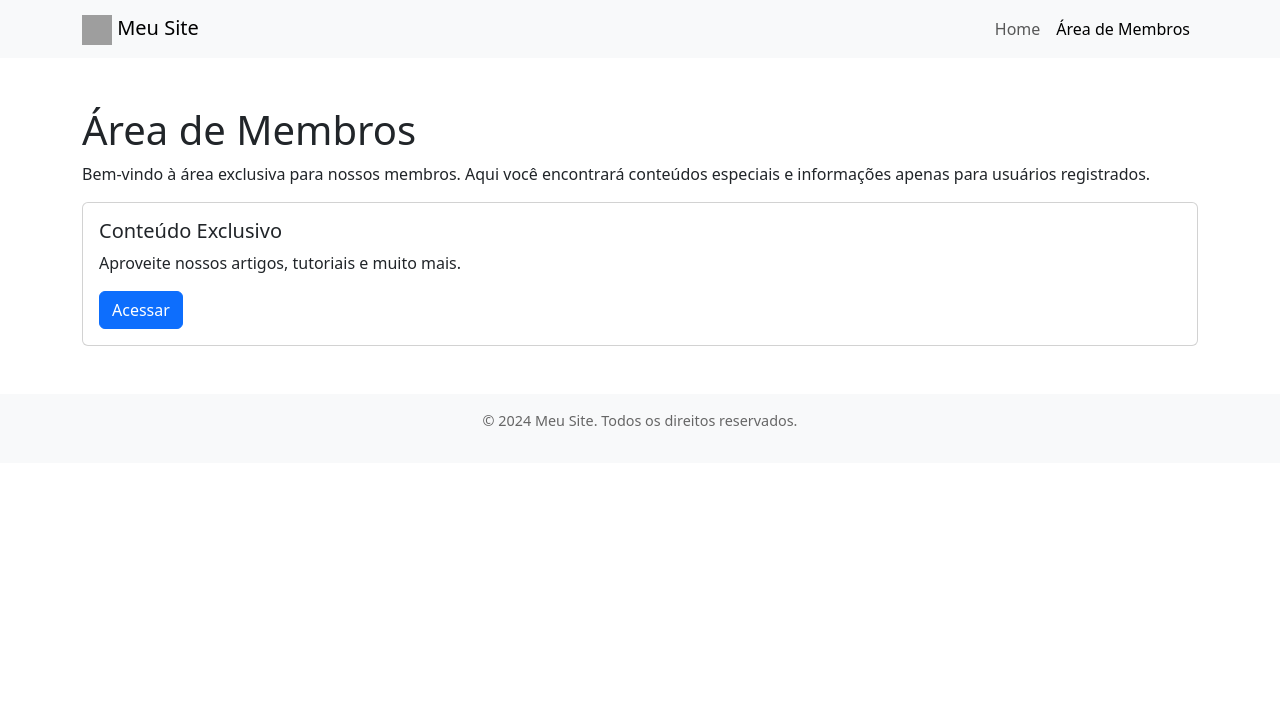
Repository: br-on/projeto-escolinhav3
Page: http://localhost/membros
These files come from the project's save history. The page is drawn as it stood at one moment and after the next save; the edit follows.
The browser window is 1280 px wide. The pictures show the whole page.
Pictures or frames that could not be fetched are drawn as grey boxes. The page is served by the project's application, run on Flask 3 (main.py).

Above is the page before, as saved 2024-11-15 10:15:02.

### templates/membros.html
<!DOCTYPE html>
<html lang="pt-br">
<head>
    <meta charset="UTF-8">
    <meta name="viewport" content="width=device-width, initial-scale=1.0">
    <title>Área de Membros - Meu Site</title>
    <link href="https://cdn.jsdelivr.net/npm/bootstrap@5.3.0/dist/css/bootstrap.min.css" rel="stylesheet">
    <!-- Link para o CSS personalizado com url_for -->
    <link rel="stylesheet" href="{{ url_for('static', filename='css/style.css') }}">
</head>
<body>

    <!-- Navbar -->
    <nav class="navbar navbar-expand-lg navbar-light bg-light">
        <div class="container">
            <a class="navbar-brand" href="{{ url_for('views.index') }}">
                <!-- Link para o logo com url_for -->
                <img src="{{ url_for('static', filename='img/logo.png') }}" alt="Logo" width="30" height="30">
                Meu Site
            </a>
            <button class="navbar-toggler" type="button" data-bs-toggle="collapse" data-bs-target="#navbarNav">
                <span class="navbar-toggler-icon"></span>
            </button>
            <div class="collapse navbar-collapse" id="navbarNav">
                <ul class="navbar-nav ms-auto">
                    <li class="nav-item"><a class="nav-link" href="{{ url_for('views.index') }}">Home</a></li>
                    <li class="nav-item"><a class="nav-link active" href="{{ url_for('views.membros') }}">Área de Membros</a></li>
                </ul>
            </div>
        </div>
    </nav>

    <!-- Conteúdo da Área de Membros -->
    <main class="container my-5">
        <h1>Área de Membros</h1>
        <p>Bem-vindo à área exclusiva para nossos membros. Aqui você encontrará conteúdos especiais e informações apenas para usuários registrados.</p>

        <div class="card my-3">
            <div class="card-body">
                <h5 class="card-title">Conteúdo Exclusivo</h5>
                <p class="card-text">Aproveite nossos artigos, tutoriais e muito mais.</p>
                <a href="#" class="btn btn-primary">Acessar</a>
            </div>
        </div>
    </main>

    <!-- Footer -->
    <footer class="bg-light text-center py-3">
        <p>&copy; 2024 Meu Site. Todos os direitos reservados.</p>
    </footer>

    <script src="https://cdn.jsdelivr.net/npm/bootstrap@5.3.0/dist/js/bootstrap.bundle.min.js"></script>
</body>
</html>

### views.py
# views.py
from flask import Blueprint, render_template

# Cria um Blueprint para as views
views = Blueprint('views', __name__)

@views.route('/')
def index():
    return render_template('index.html')

@views.route('/membros')
def membros():
    return render_template('membros.html')

@views.route('/pagamentos')
def pagamentos():
    return render_template('pagamentos.html')

### main.py
# app.py
from flask import Flask
from views import views  # Importa o Blueprint

app = Flask(__name__)

# Registra o Blueprint das views
app.register_blueprint(views)

if __name__ == '__main__':
    app.run(debug=True)

### static/css/style.css
/* Estilos customizados */


header {
    background-image: url('../img/banner.jpg');
    background-size: cover;
    color: white;
}

footer {
    font-size: 0.9em;
    color: #666;
}

.bg-primary {
    background-color: #18133c !important; /* Cor de fundo substituída */
}

.text-white {
    color: #d8561f !important; /* Cor de texto substituída */
}

.topo-img{
    display: flex;
    width: 100%;
    justify-content: center;
    padding: 5px;
}

After the next save:
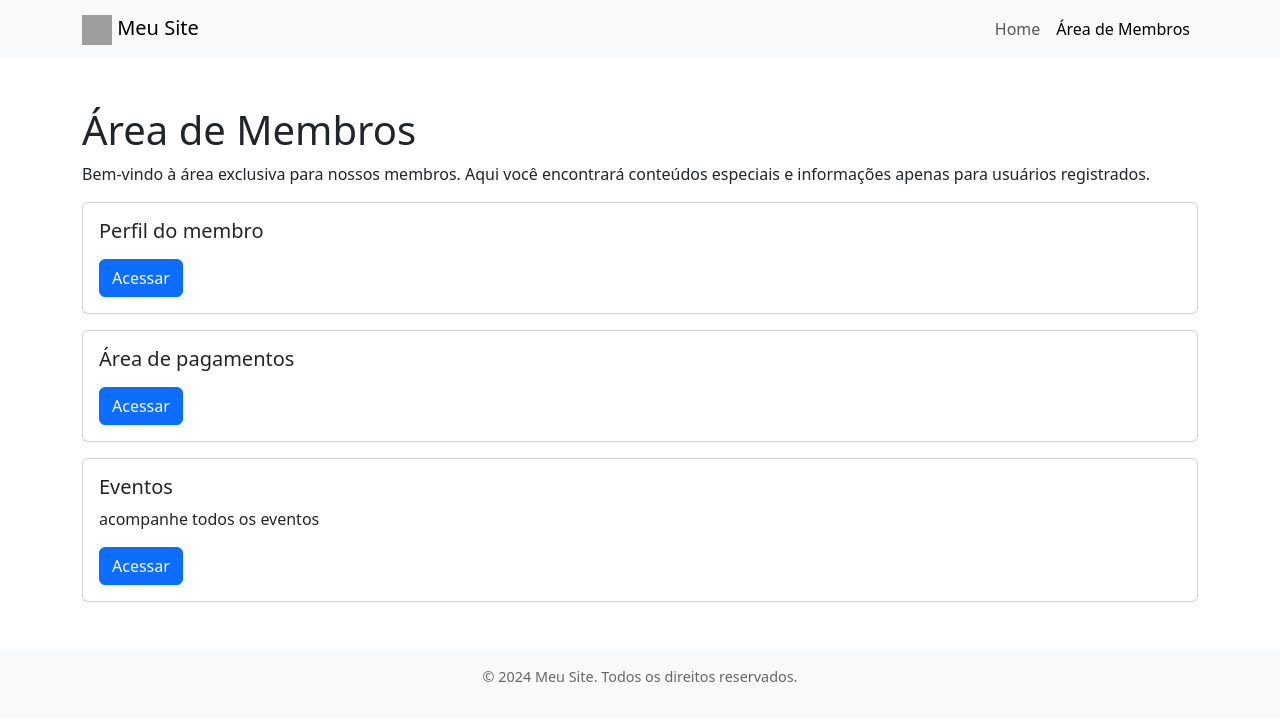
Saved 3 min 59 s later.
--- a/templates/membros.html
+++ b/templates/membros.html
@@ -37,8 +37,22 @@
 
         <div class="card my-3">
             <div class="card-body">
-                <h5 class="card-title">Conteúdo Exclusivo</h5>
-                <p class="card-text">Aproveite nossos artigos, tutoriais e muito mais.</p>
+                <h5 class="card-title">Perfil do membro</h5>
+                <p class="card-text"></p>
+                <a href="#" class="btn btn-primary">Acessar</a>
+            </div>
+        </div>
+        <div class="card my-3">
+            <div class="card-body">
+                <h5 class="card-title">Área de pagamentos</h5>
+                <p class="card-text"></p>
+                <a href="#" class="btn btn-primary">Acessar</a>
+            </div>
+        </div>
+        <div class="card my-3">
+            <div class="card-body">
+                <h5 class="card-title">Eventos</h5>
+                <p class="card-text">acompanhe todos os eventos</p>
                 <a href="#" class="btn btn-primary">Acessar</a>
             </div>
         </div>
